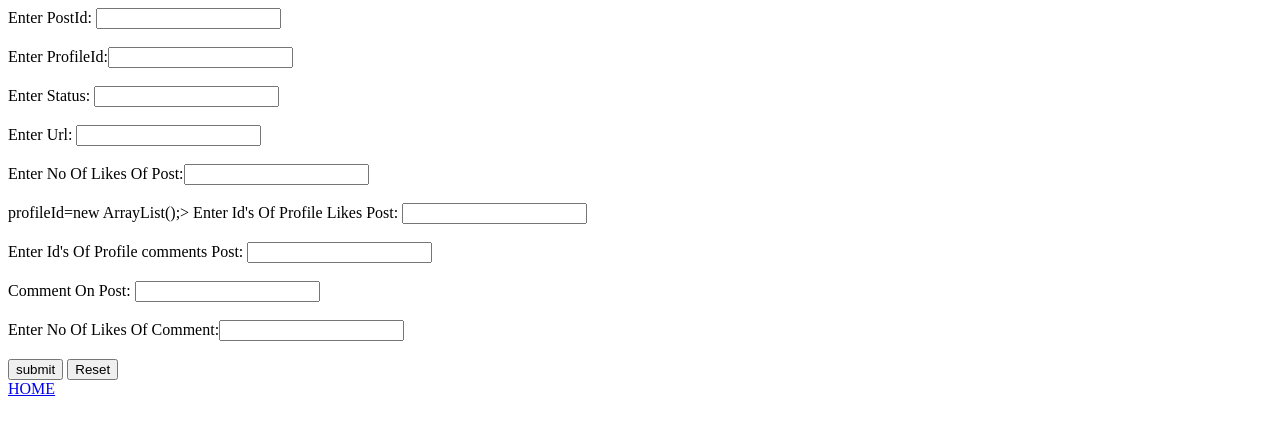
Repository: deepikabachhav/Ally-World-Post
Page: http://localhost/website/WEB-INF/jsp/AddPostForm.jsp
These files come from the project's save history. The page is drawn as it stood at one moment and after the next save; the edit follows.
The browser window is 1280 px wide. The pictures show the whole page.
The page is served by Tomcat 9. Nobody is signed in. Other server files are loaded and not shown. The template is opened directly, without the code that normally fills it, so the values that code supplies are empty.

Above is the page before, as saved 2019-02-13 06:43:19.

### website/src/main/webapp/WEB-INF/jsp/AddPostForm.jsp
<%@ page language="java" contentType="text/html; charset=ISO-8859-1"
    pageEncoding="ISO-8859-1"%>
<!DOCTYPE html>
<html>
<head>
<meta charset="ISO-8859-1">
<title>Insert title here</title>
</head>
<body>
<form action="createNewPost" >
		Enter PostId: <input type="text" name="postId"/> <br /> <br />
		Enter ProfileId:<input type="text" name="profileId"/> <br /> <br />
		Enter Status:  <input type="text" name="status"/><br /> <br />
		Enter Url: <input type="url" name="url"/> <br /> <br />
		Enter No Of Likes Of Post:<input type="number" name="likes"> <br /> <br />
		<List<Integer> profileId=new ArrayList<Integer>();>
		Enter Id's Of Profile Likes Post: <input type="number" name="likesProfileId"/> <br /> <br />
		Enter Id's Of Profile comments Post: <input type="number" name="commentProfileId"/> <br /> <br />
		Comment On Post: <input type="text" name="comment"/> <br /> <br />
		Enter No Of Likes Of Comment:<input type="number" name="likesComment"><br /> <br />
  		<input type="submit" value="submit">
		<input type="Reset" value="Reset">
	</form><br />
	<div>
		<jsp:include page="HomeLink.html"></jsp:include>
	</div>
</body>
</html>

### website/src/main/webapp/WEB-INF/jsp/HomeLink.html
<!DOCTYPE html>
<html>
<head>
<meta charset="ISO-8859-1">
<title>Insert title here</title>
</head>
<body>
<a href="home">HOME</a>
</body>
</html>

After the next save:
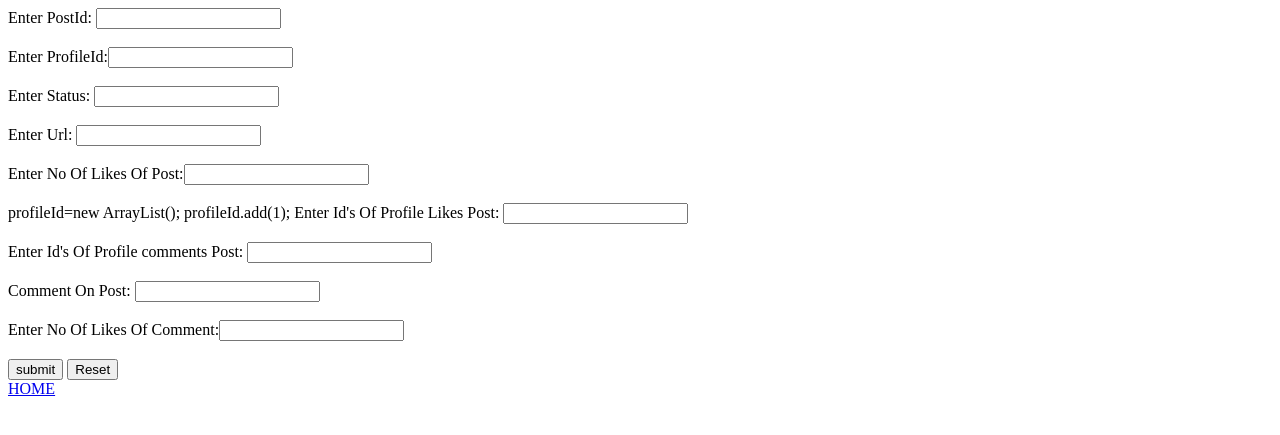
Saved 3 min 28 s later.
--- a/website/src/main/webapp/WEB-INF/jsp/AddPostForm.jsp
+++ b/website/src/main/webapp/WEB-INF/jsp/AddPostForm.jsp
@@ -1,5 +1,6 @@
 <%@ page language="java" contentType="text/html; charset=ISO-8859-1"
     pageEncoding="ISO-8859-1"%>
+     <%@ taglib prefix="jstl" uri="http://java.sun.com/jsp/jstl/core" %>
 <!DOCTYPE html>
 <html>
 <head>
@@ -13,7 +14,8 @@
 		Enter Status:  <input type="text" name="status"/><br /> <br />
 		Enter Url: <input type="url" name="url"/> <br /> <br />
 		Enter No Of Likes Of Post:<input type="number" name="likes"> <br /> <br />
-		<List<Integer> profileId=new ArrayList<Integer>();>
+		<List<Integer> profileId=new ArrayList<Integer>();
+		profileId.add(1);</List>
 		Enter Id's Of Profile Likes Post: <input type="number" name="likesProfileId"/> <br /> <br />
 		Enter Id's Of Profile comments Post: <input type="number" name="commentProfileId"/> <br /> <br />
 		Comment On Post: <input type="text" name="comment"/> <br /> <br />
